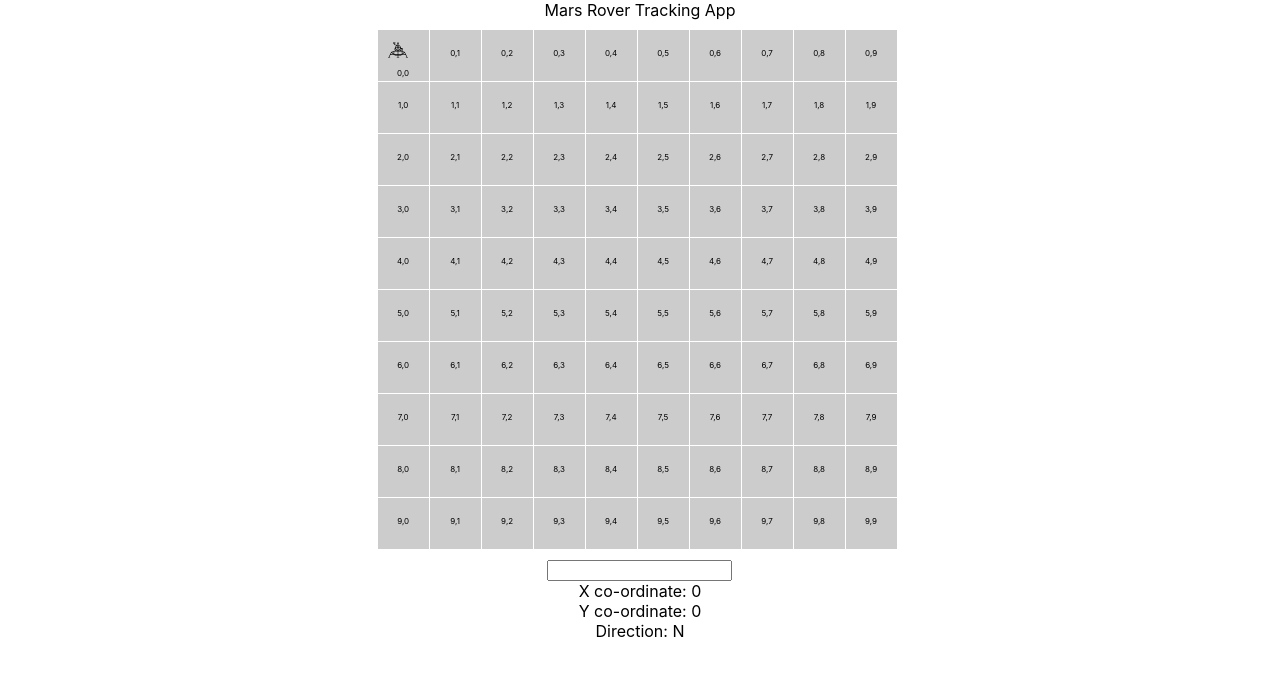
Repository: madhurisandbhor/Rover-Tracking-App
Page: /
An editor plug-in stored every save of this project. The page is shown before and after the next save, followed by the edit.
The browser window is 1280 px wide. The pictures show the whole page.
The project was rebuilt for these pictures with package versions that can differ from the ones it lists, and the page was loaded fresh each time.

Above is the page before, as saved 2021-09-06 19:12:56.

After the next save:
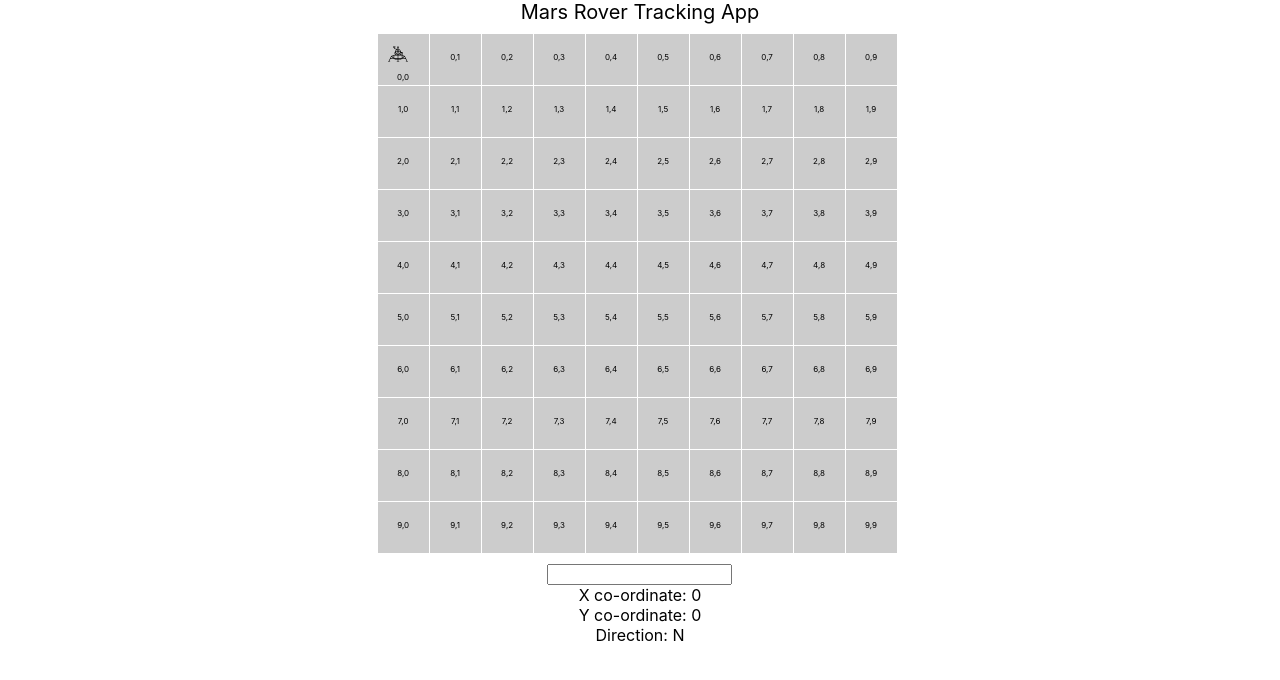
Saved 5 s later.
--- a/src/App.js
+++ b/src/App.js
@@ -2,7 +2,7 @@ import './App.css'
 import Grid from './Grid'
 
 const header = {
-  fontSize: '16px',
+  fontSize: '20px',
 }
 
 function App() {
